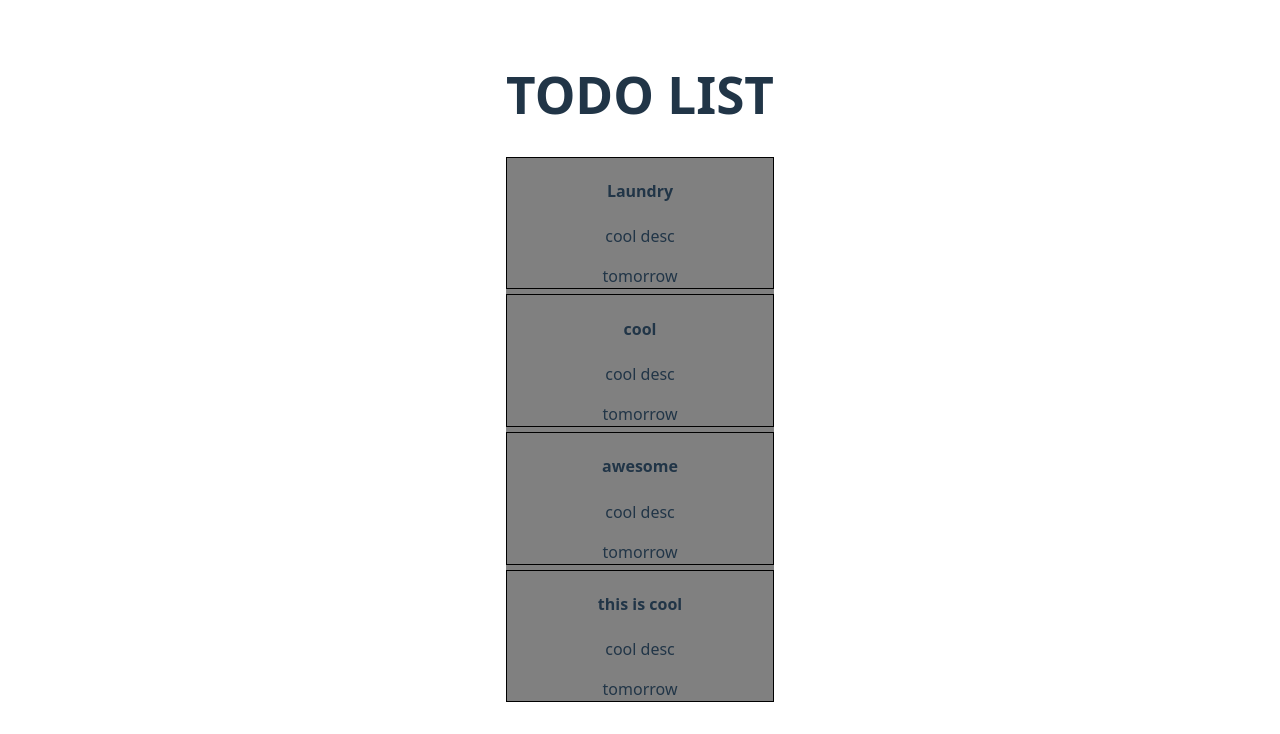
Repository: DISC-NU/workshop-3-activites
Page: /
The author's editor kept a copy of each file at every save. The page is drawn from the files as they stood at one save, then again after the next save.
The browser window is 1280 px wide. The pictures show the whole page.
The project was rebuilt for these pictures with package versions that can differ from the ones it lists, and the page was loaded fresh each time. Also part of the build but not shown: vite.config.js.

Above is the page before, as saved 2025-10-06 19:24:32.

### src/App.jsx
import './App.css'

function Item({ title, description, deadline }) {
  return(
    <div style={{ border: '1px solid black' }}>
      <h4>{title}</h4>
      <p>{description}</p>
      <span>{deadline}</span>
    </div>
  );
}

function App() {
  return(
    <main style={{ display: 'flex', justifyContent: 'center', flexDirection: 'column' }}>
      <h1>TODO LIST</h1>
      <div style={{ width: '100%', display: 'flex', flexDirection: 'column', gap: 5, backgroundColor: 'gray' }}>
        <Item title='Laundry' description='cool desc' deadline='tomorrow' />
        <Item title='cool' description='cool desc' deadline='tomorrow' />
        <Item title='awesome' description='cool desc' deadline='tomorrow' />
        <Item title='this is cool' description='cool desc' deadline='tomorrow' />
      </div>
    </main>
  );
}

export default App

### src/App.css
#root {
  margin: 0 auto;
  padding: 2rem;
  text-align: center;
}

.task {
  border: 1px solid black;
  margin-bottom: 10px;
}

Loaded but not shown: index.html (common file); src/main.jsx (common file); src/index.css (common file)

After the next save:
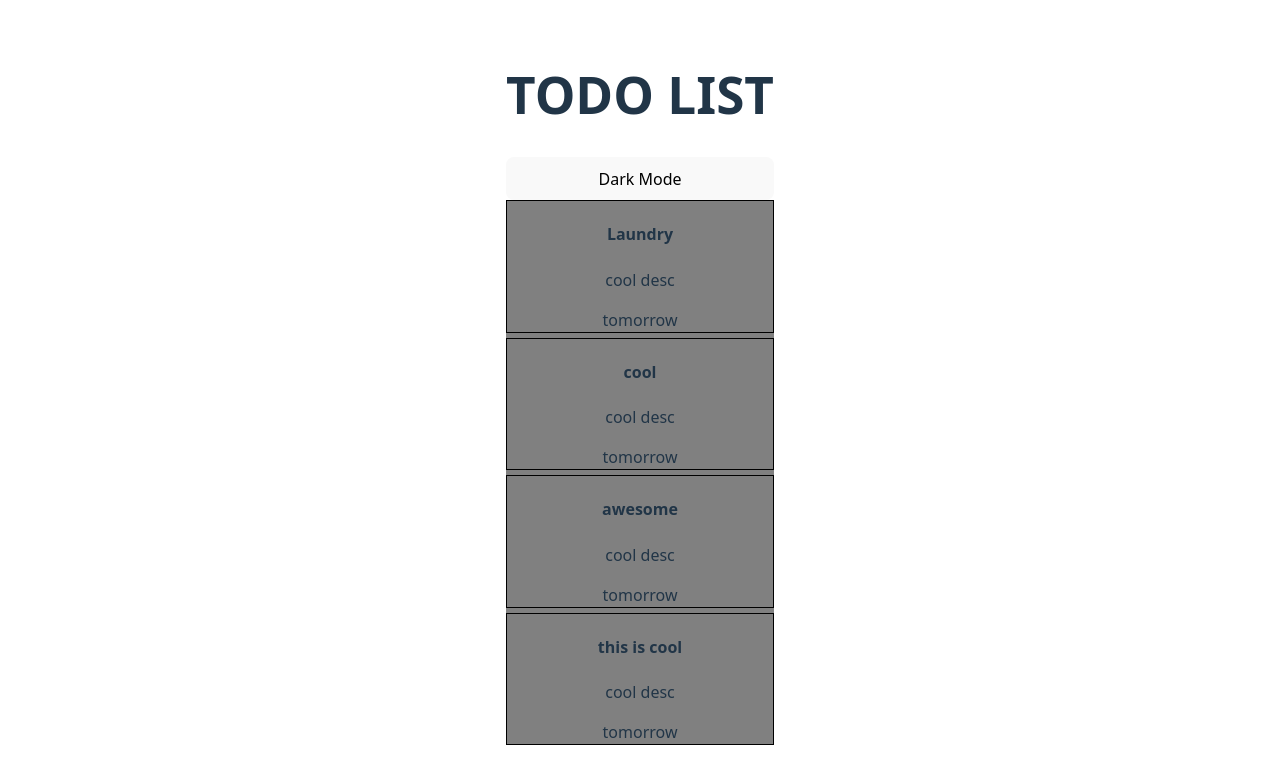
Saved 3 min 54 s later.
--- a/src/App.jsx
+++ b/src/App.jsx
@@ -14,6 +14,7 @@ function App() {
   return(
     <main style={{ display: 'flex', justifyContent: 'center', flexDirection: 'column' }}>
       <h1>TODO LIST</h1>
+      <button>Dark Mode</button>
       <div style={{ width: '100%', display: 'flex', flexDirection: 'column', gap: 5, backgroundColor: 'gray' }}>
         <Item title='Laundry' description='cool desc' deadline='tomorrow' />
         <Item title='cool' description='cool desc' deadline='tomorrow' />
